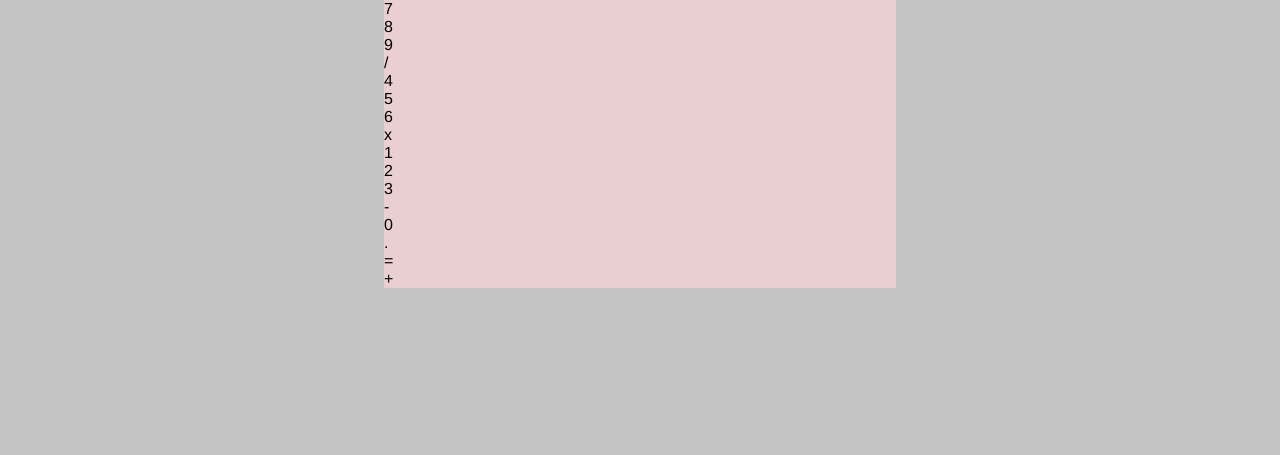
Repository: raulpenate/Calculadora-VUE3
Page: /
An editor plug-in stored every save of this project. The page is shown before and after the next save, followed by the edit.
The browser window is 1280 px wide. The pictures show the whole page.
The project was rebuilt for these pictures with package versions that can differ from the ones it lists, and the page was loaded fresh each time. Also part of the build but not shown: src/components/HelloWorld.vue.

Above is the page before, as saved 2022-03-11 08:15:57.

After the next save:
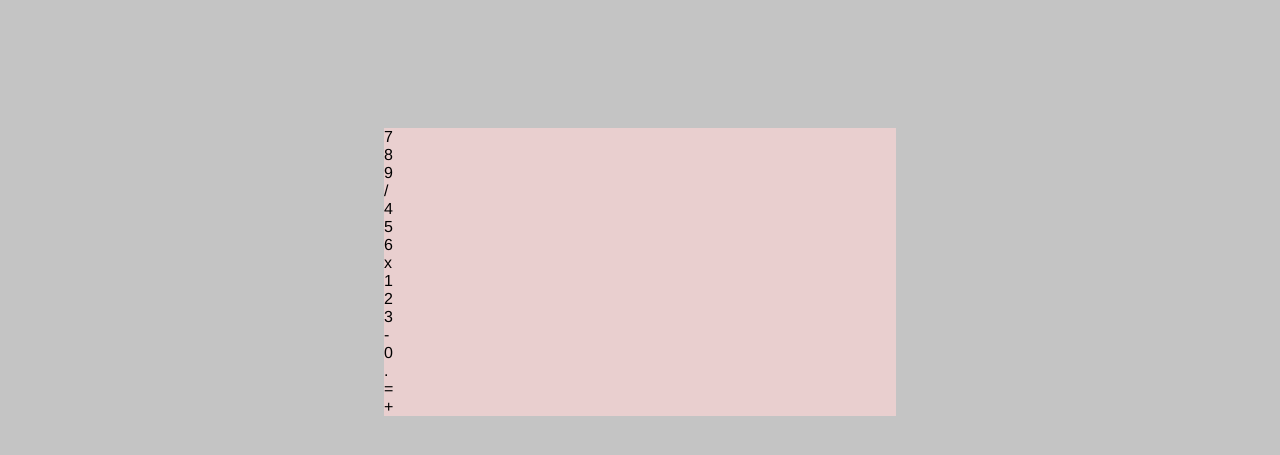
Saved 9 s later.
--- a/src/components/Calculator.vue
+++ b/src/components/Calculator.vue
@@ -41,7 +41,7 @@
 
 body{
     background: #c4c4c4;
-    margin: 0% 30%;
+    margin: 10% 30%;
 }
 
 .carcasa{

After the save that followed:
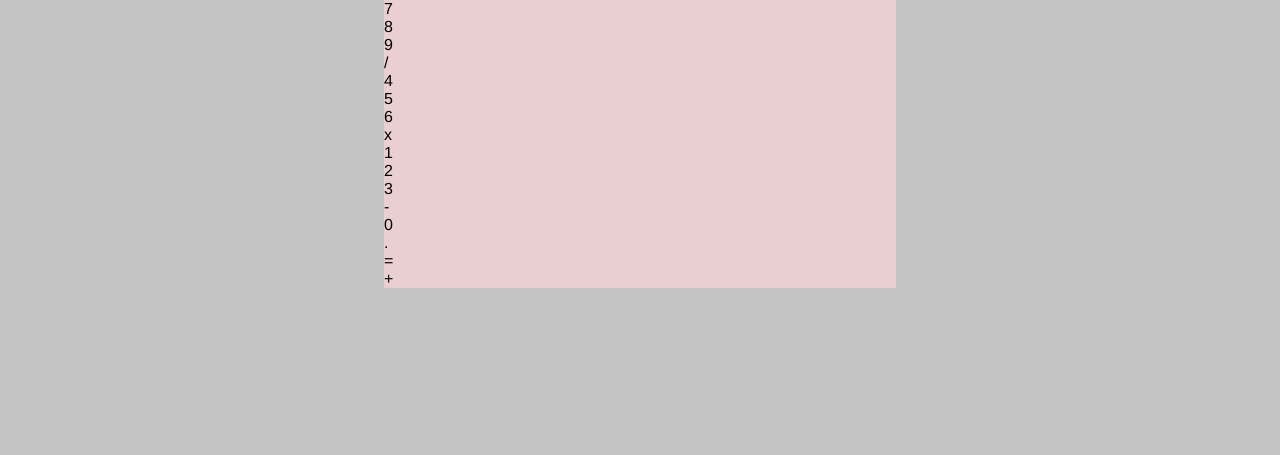
Saved 6 s later.
--- a/src/components/Calculator.vue
+++ b/src/components/Calculator.vue
@@ -41,7 +41,7 @@
 
 body{
     background: #c4c4c4;
-    margin: 10% 30%;
+    margin: auto 30%;
 }
 
 .carcasa{
